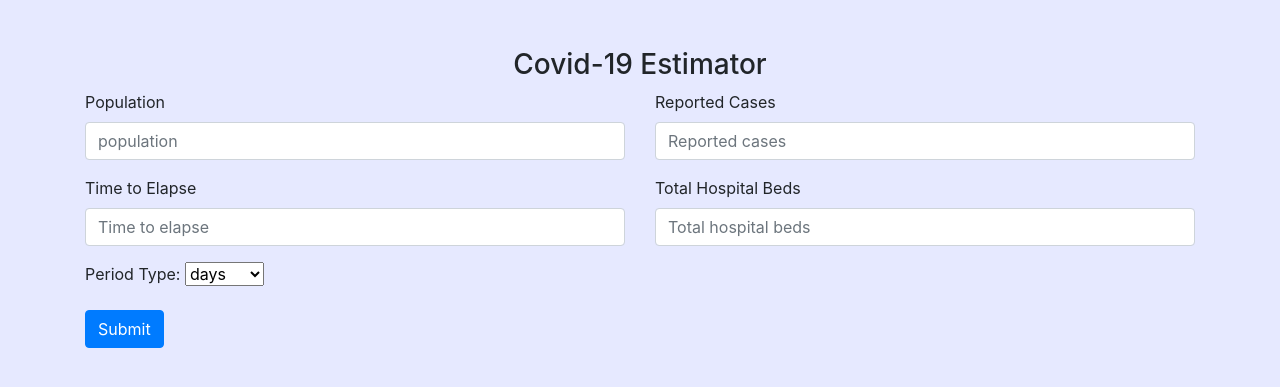
Repository: AbonyiXavier/FrontendUI--challenge-4
Page: index.html
The author's editor kept a copy of each file at every save. The page is drawn from the files as they stood at one save, then again after the next save.
The browser window is 1280 px wide. The pictures show the whole page.

Above is the page before, as saved 2020-04-11 17:05:45.

After the next save:
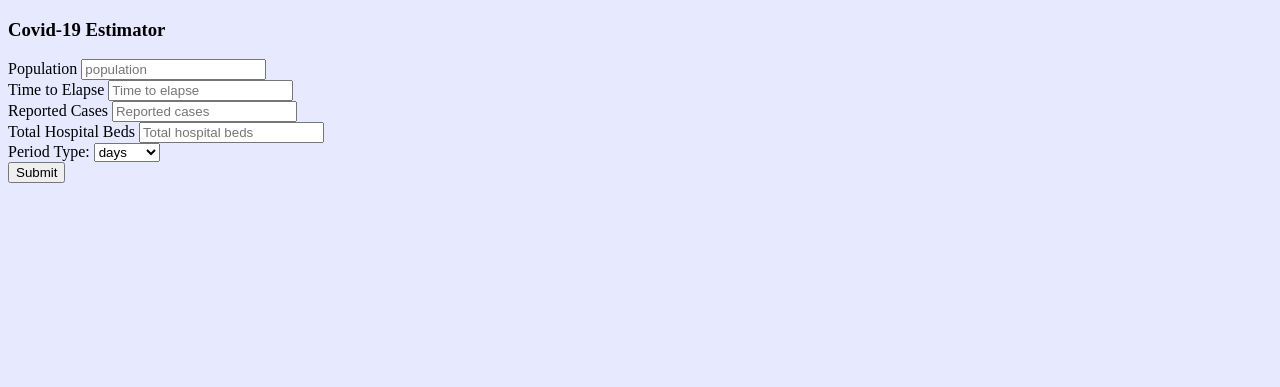
Saved 97 min 57 s later.
--- a/index.html
+++ b/index.html
@@ -4,7 +4,7 @@
     <meta charset="UTF-8" />
     <meta name="viewport" content="width=device-width, initial-scale=1.0" />
     <title>COVID-19 Estimator</title>
-    <link rel="stylesheet" href="./CSS/bootstrap.css" />
+    <!-- <link rel="stylesheet" href="./CSS/bootstrap.css" /> -->
     <link rel="stylesheet" href="./CSS/style.css" />
   </head>
   <body>

After the save that followed:
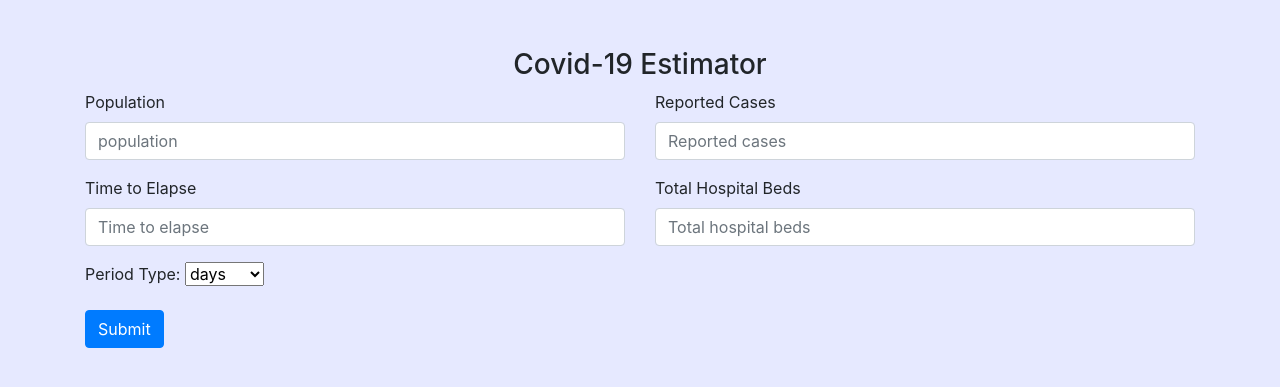
Saved 22 s later.
--- a/index.html
+++ b/index.html
@@ -4,7 +4,7 @@
     <meta charset="UTF-8" />
     <meta name="viewport" content="width=device-width, initial-scale=1.0" />
     <title>COVID-19 Estimator</title>
-    <!-- <link rel="stylesheet" href="./CSS/bootstrap.css" /> -->
+    <link rel="stylesheet" href="./CSS/bootstrap.css" />
     <link rel="stylesheet" href="./CSS/style.css" />
   </head>
   <body>
